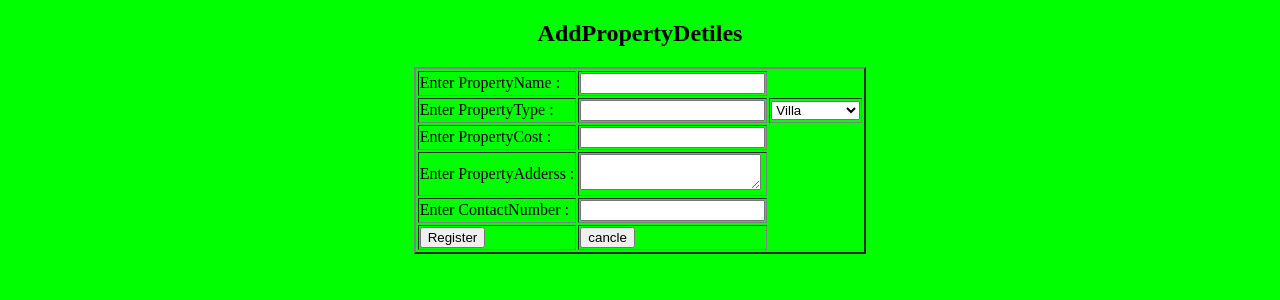
Repository: khadri2021/A2023_Task_Property_Management
Page: http://localhost/AdderssMakersWeb/Add.jsp
The author's editor kept a copy of each file at every save. The page is drawn from the files as they stood at one save, then again after the next save.
The browser window is 1280 px wide. The pictures show the whole page.
The page is served by Tomcat 9.

Above is the page before, as saved 2024-02-11 11:51:35.

After the next save:
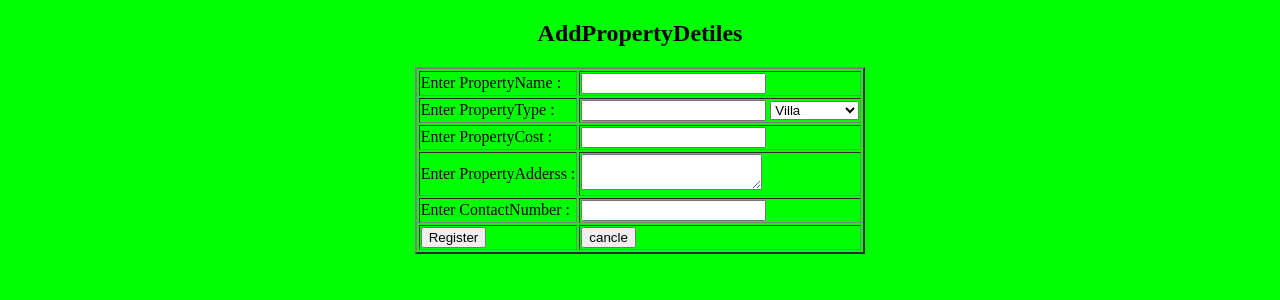
Saved 41 s later.
--- a/AdderssMakersWeb/WebContent/Add.jsp
+++ b/AdderssMakersWeb/WebContent/Add.jsp
@@ -19,8 +19,8 @@
 </tr>
 <tr>
 <td>Enter PropertyType :</td>
-<td><input type="text" name="ProType"></td>
-<td>
+<td><input type="text" name="ProType">
+
 <select name="Types">
 <option value="Villa">Villa</option>
 <option value="Gesthouse">GestHouse</option>
